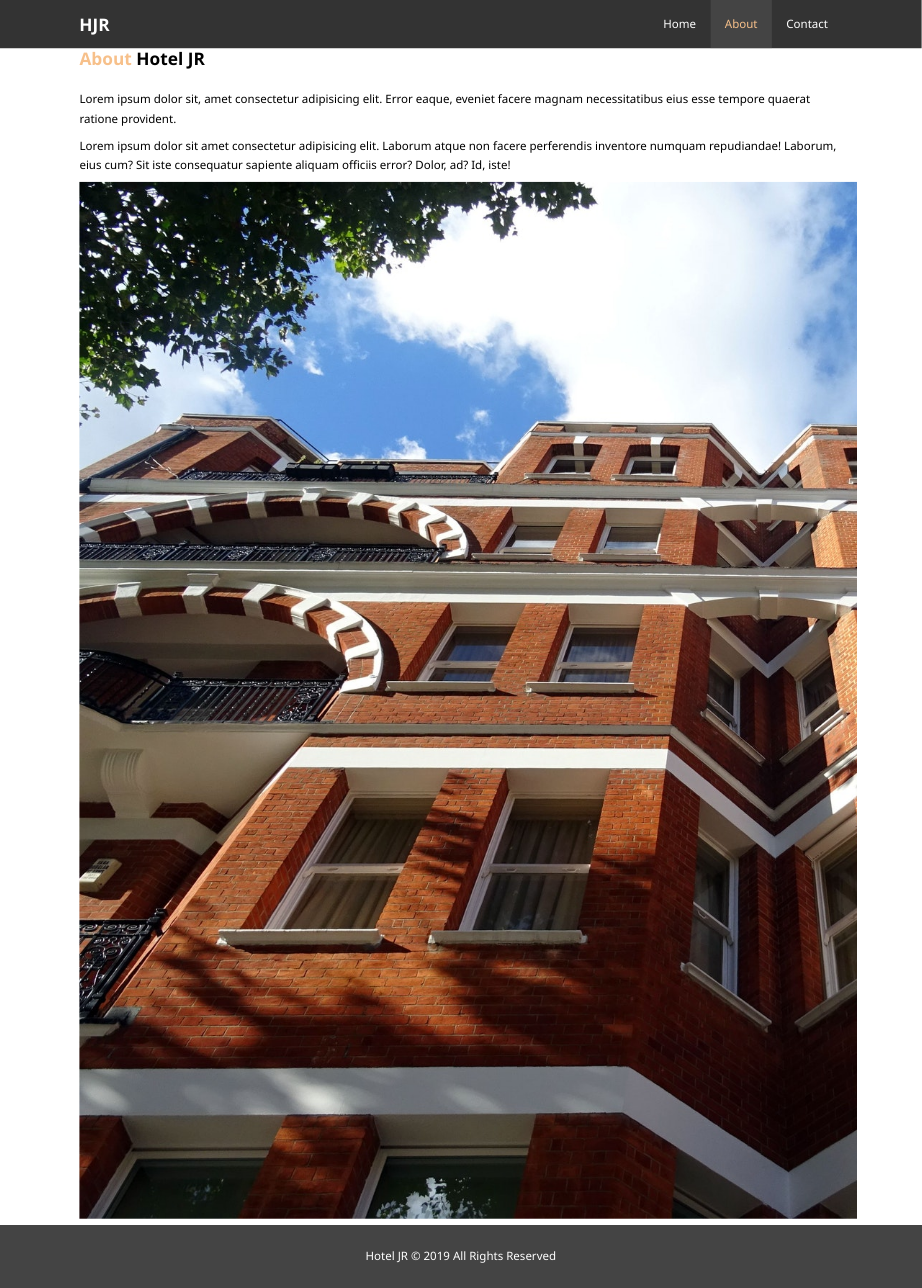
Repository: dimlutine/Hotel-Project
Page: about.html
These files come from the project's save history. The page is drawn as it stood at one moment and after the next save; the edit follows.
The browser window is 1280 px wide. The pictures show the whole page, at 72% of full size.

Above is the page before, as saved 2019-07-05 22:45:17.

After the next save:
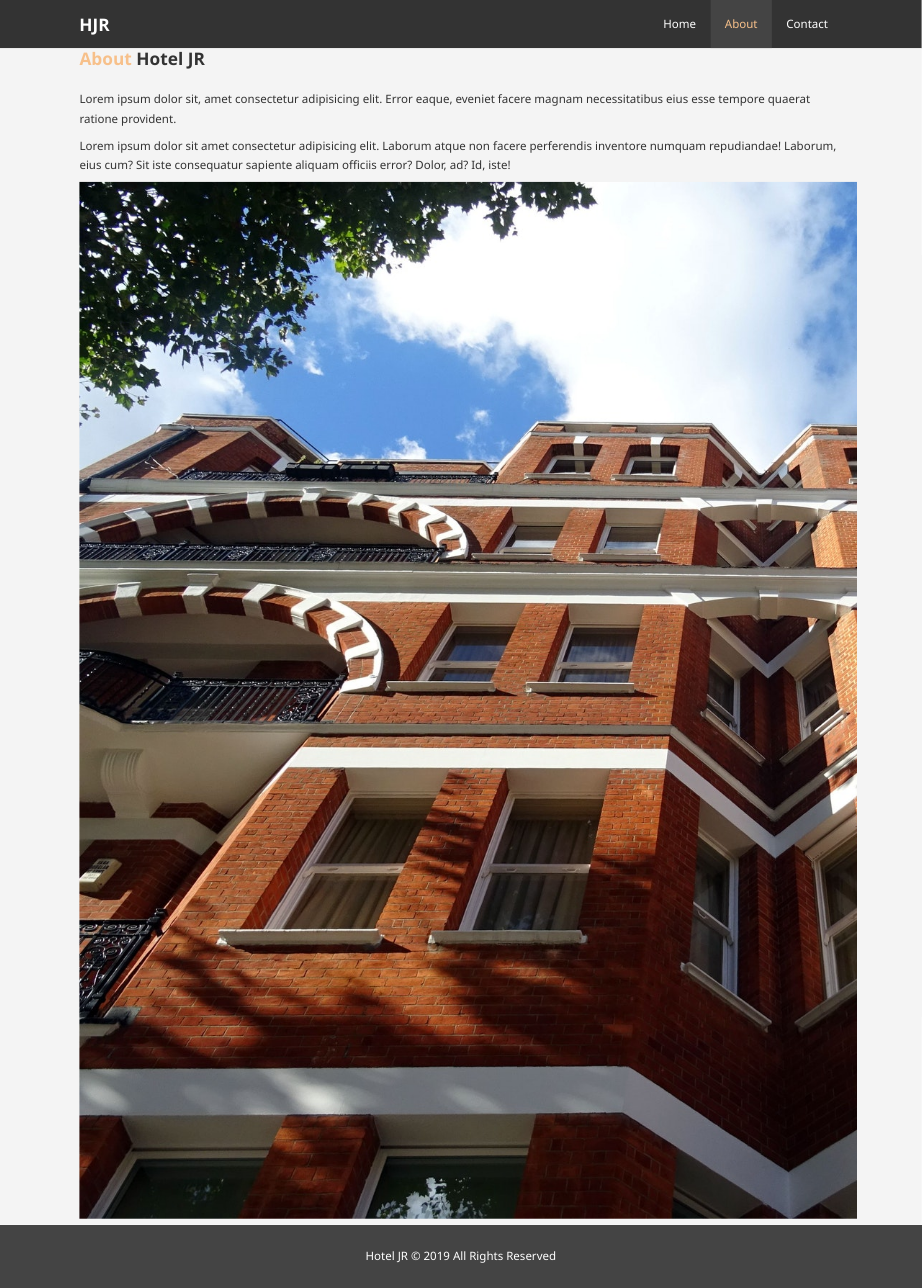
Saved 66 s later.
--- a/about.html
+++ b/about.html
@@ -26,7 +26,7 @@
         </nav>
 
     </header>
-    <section id="about-info">
+    <section id="about-info" class="bg-light">
         <div class="container">
             <div class="info-left">
                 <h1><span class="text-primary">About</span> Hotel JR</h1>
